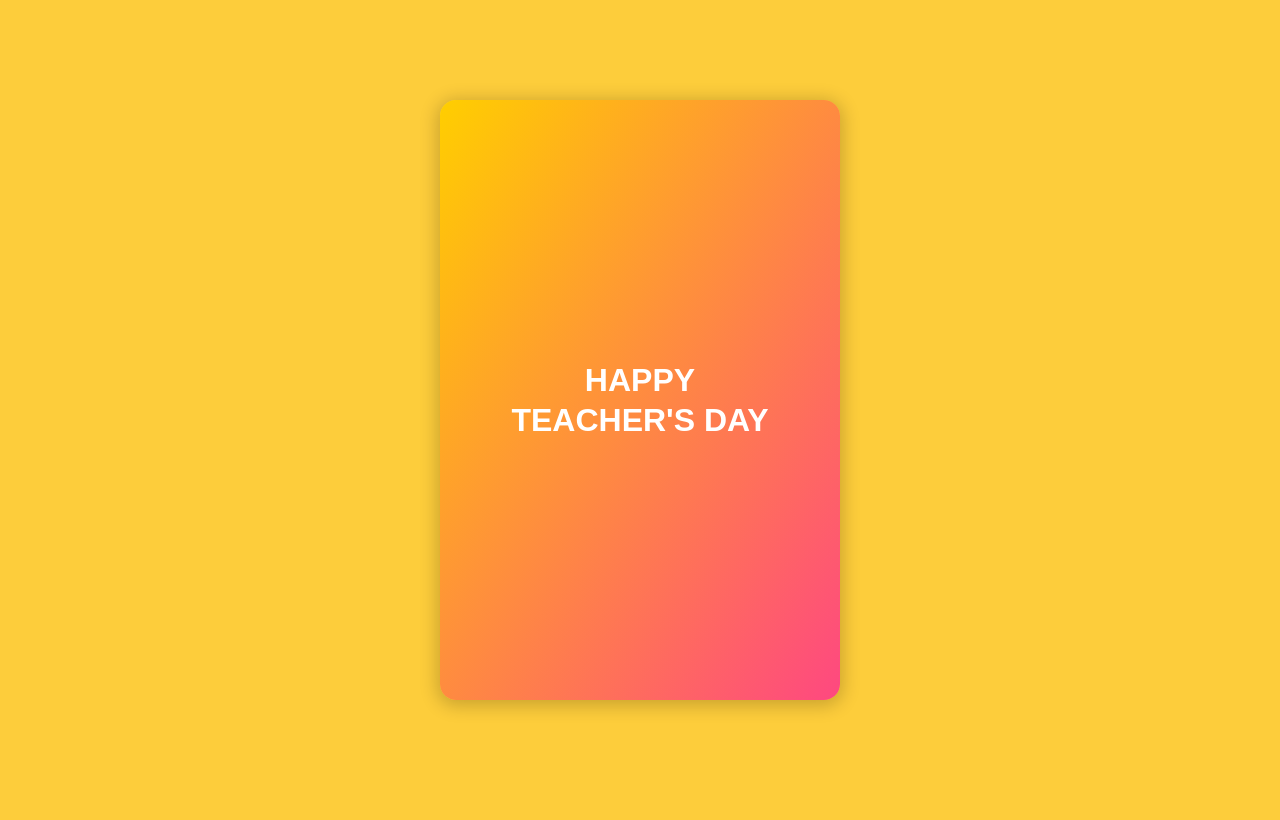
Repository: maixuanhieu/giftcard
Page: index.html
The author's editor kept a copy of each file at every save. The page is drawn from the files as they stood at one save, then again after a run of saves.
The browser window is 1280 px wide. The pictures show the whole page.
The style sheet was rebuilt from its Sass, Less or Tailwind sources for each picture, by a compiler version that may differ from the author's.

Above is the page before, as saved 2021-11-17 20:03:33.

After the next 2 saves:
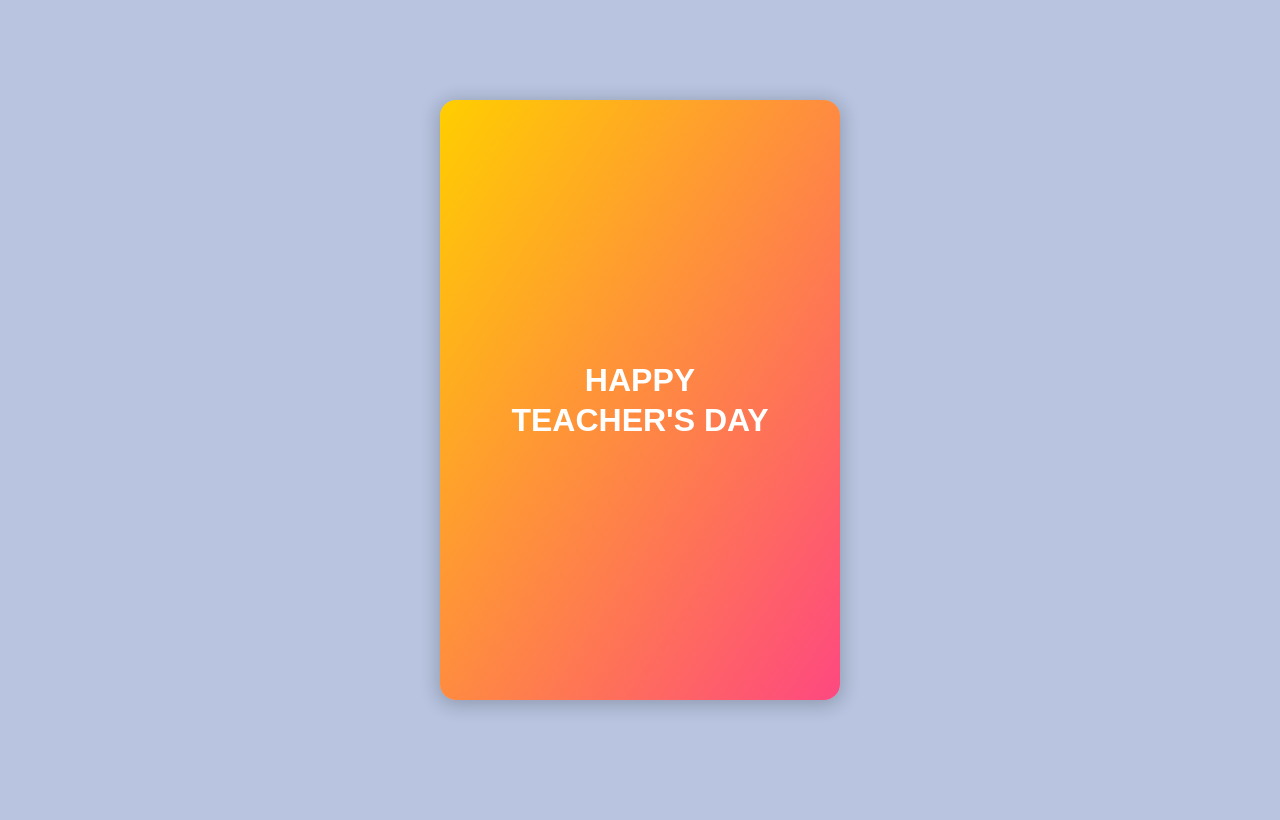
The 2 saves are shown as one change because they came seconds apart.
The last was saved 24 s later.
--- a/style.scss
+++ b/style.scss
@@ -14,7 +14,7 @@ body{
     font-family: montserrat, sans-serif;
     width: 100%;
     min-height: 100vh;
-    background-color: #FDCD3B;
+    background-color: #B8C4E0;
 }
 
 .card{
